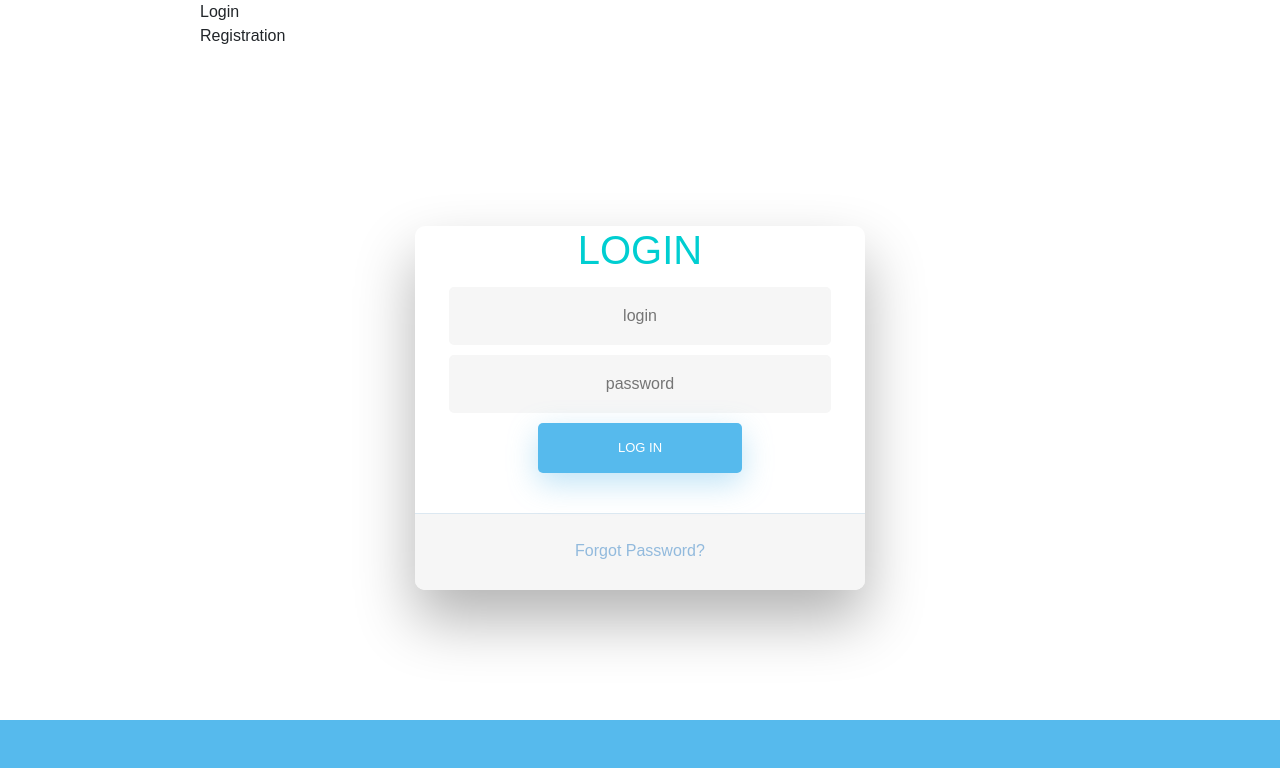
Repository: phamtailinh/webtintuc
Page: http://localhost/doicapdat/doi2doicapdat1.jsp
These files come from the project's save history. The page is drawn as it stood at one moment and after the next save; the edit follows.
The browser window is 1280 px wide. The pictures show the whole page.
Some web libraries are served in a nearby version. The page is served by Tomcat 9. Other server files are loaded and not shown.

Above is the page before, as saved 2022-01-07 07:49:02.
Console error: TypeError: Cannot read properties of undefined (reading 'fn')

### doicapdat/src/main/webapp/doi2doicapdat1.jsp
<%@ page language="java" contentType="text/html; charset=ISO-8859-1"
    pageEncoding="ISO-8859-1"%>
<!DOCTYPE html>
<html>
<head>
<meta charset="ISO-8859-1">
<title>Insert title here</title>
<link href="//maxcdn.bootstrapcdn.com/bootstrap/4.0.0/css/bootstrap.min.css" rel="stylesheet" id="bootstrap-css">
<script src="//maxcdn.bootstrapcdn.com/bootstrap/4.0.0/js/bootstrap.min.js"></script>
<script src="//cdnjs.cloudflare.com/ajax/libs/jquery/3.2.1/jquery.min.js"></script>
<style type="text/css">
html {
  background-color: #56baed;
}

body {
  font-family: "Poppins", sans-serif;
  height: 100vh;
}

a {
  color: #92badd;
  display:inline-block;
  text-decoration: none;
  font-weight: 400;
}

h2 {
  text-align: center;
  font-size: 16px;
  font-weight: 600;
  text-transform: uppercase;
  display:inline-block;
  margin: 40px 8px 10px 8px;
  color: #cccccc;
}



/* STRUCTURE */

.wrapper {
  display: flex;
  align-items: center;
  flex-direction: column;
  justify-content: center;
  width: 100%;
  min-height: 100%;
  padding: 20px;
}

#formContent {
  -webkit-border-radius: 10px 10px 10px 10px;
  border-radius: 10px 10px 10px 10px;
  background: #fff;
  padding: 30px;
  width: 90%;
  max-width: 450px;
  position: relative;
  padding: 0px;
  -webkit-box-shadow: 0 30px 60px 0 rgba(0,0,0,0.3);
  box-shadow: 0 30px 60px 0 rgba(0,0,0,0.3);
  text-align: center;
}

#formFooter {
  background-color: #f6f6f6;
  border-top: 1px solid #dce8f1;
  padding: 25px;
  text-align: center;
  -webkit-border-radius: 0 0 10px 10px;
  border-radius: 0 0 10px 10px;
}



/* TABS */

h2.inactive {
  color: #cccccc;
}

h2.active {
  color: #0d0d0d;
  border-bottom: 2px solid #5fbae9;
}



/* FORM TYPOGRAPHY*/

input[type=button], input[type=submit], input[type=reset]  {
  background-color: #56baed;
  border: none;
  color: white;
  padding: 15px 80px;
  text-align: center;
  text-decoration: none;
  display: inline-block;
  text-transform: uppercase;
  font-size: 13px;
  -webkit-box-shadow: 0 10px 30px 0 rgba(95,186,233,0.4);
  box-shadow: 0 10px 30px 0 rgba(95,186,233,0.4);
  -webkit-border-radius: 5px 5px 5px 5px;
  border-radius: 5px 5px 5px 5px;
  margin: 5px 20px 40px 20px;
  -webkit-transition: all 0.3s ease-in-out;
  -moz-transition: all 0.3s ease-in-out;
  -ms-transition: all 0.3s ease-in-out;
  -o-transition: all 0.3s ease-in-out;
  transition: all 0.3s ease-in-out;
}

input[type=button]:hover, input[type=submit]:hover, input[type=reset]:hover  {
  background-color: #39ace7;
}

input[type=button]:active, input[type=submit]:active, input[type=reset]:active  {
  -moz-transform: scale(0.95);
  -webkit-transform: scale(0.95);
  -o-transform: scale(0.95);
  -ms-transform: scale(0.95);
  transform: scale(0.95);
}

input[type=text] {
  background-color: #f6f6f6;
  border: none;
  color: #0d0d0d;
  padding: 15px 32px;
  text-align: center;
  text-decoration: none;
  display: inline-block;
  font-size: 16px;
  margin: 5px;
  width: 85%;
  border: 2px solid #f6f6f6;
  -webkit-transition: all 0.5s ease-in-out;
  -moz-transition: all 0.5s ease-in-out;
  -ms-transition: all 0.5s ease-in-out;
  -o-transition: all 0.5s ease-in-out;
  transition: all 0.5s ease-in-out;
  -webkit-border-radius: 5px 5px 5px 5px;
  border-radius: 5px 5px 5px 5px;
}

input[type=text]:focus {
  background-color: #fff;
  border-bottom: 2px solid #5fbae9;
}

input[type=text]:placeholder {
  color: #cccccc;
}



/* ANIMATIONS */

/* Simple CSS3 Fade-in-down Animation */
.fadeInDown {
  -webkit-animation-name: fadeInDown;
  animation-name: fadeInDown;
  -webkit-animation-duration: 1s;
  animation-duration: 1s;
  -webkit-animation-fill-mode: both;
  animation-fill-mode: both;
}

@-webkit-keyframes fadeInDown {
  0% {
    opacity: 0;
    -webkit-transform: translate3d(0, -100%, 0);
    transform: translate3d(0, -100%, 0);
  }
  100% {
    opacity: 1;
    -webkit-transform: none;
    transform: none;
  }
}

@keyframes fadeInDown {
  0% {
    opacity: 0;
    -webkit-transform: translate3d(0, -100%, 0);
    transform: translate3d(0, -100%, 0);
  }
  100% {
    opacity: 1;
    -webkit-transform: none;
    transform: none;
  }
}

/* Simple CSS3 Fade-in Animation */
@-webkit-keyframes fadeIn { from { opacity:0; } to { opacity:1; } }
@-moz-keyframes fadeIn { from { opacity:0; } to { opacity:1; } }
@keyframes fadeIn { from { opacity:0; } to { opacity:1; } }

.fadeIn {
  opacity:0;
  -webkit-animation:fadeIn ease-in 1;
  -moz-animation:fadeIn ease-in 1;
  animation:fadeIn ease-in 1;

  -webkit-animation-fill-mode:forwards;
  -moz-animation-fill-mode:forwards;
  animation-fill-mode:forwards;

  -webkit-animation-duration:1s;
  -moz-animation-duration:1s;
  animation-duration:1s;
}

.fadeIn.first {
  -webkit-animation-delay: 0.4s;
  -moz-animation-delay: 0.4s;
  animation-delay: 0.4s;
  color:#00CED1;
}

.fadeIn.second {
  -webkit-animation-delay: 0.6s;
  -moz-animation-delay: 0.6s;
  animation-delay: 0.6s;
}

.fadeIn.third {
  -webkit-animation-delay: 0.8s;
  -moz-animation-delay: 0.8s;
  animation-delay: 0.8s;
}

.fadeIn.fourth {
  -webkit-animation-delay: 1s;
  -moz-animation-delay: 1s;
  animation-delay: 1s;
}

/* Simple CSS3 Fade-in Animation */
.underlineHover:after {
  display: block;
  left: 0;
  bottom: -10px;
  width: 0;
  height: 2px;
  background-color: #56baed;
  content: "";
  transition: width 0.2s;
}

.underlineHover:hover {
  color: #0d0d0d;
}

.underlineHover:hover:after{
  width: 100%;
}



/* OTHERS */

*:focus {
    outline: none;
}

#icon {
  width:60%;
}
</style>
</head>
<body>
<div style="margin-left: 200px;float: left;display: block;">
<div>Login</div>
<div>
Registration</div>
</div>
<div class="wrapper fadeInDown">
  <div id="formContent">
    <!-- Tabs Titles -->

    <!-- Icon -->
    <div class="fadeIn first">
     <h1>LOGIN</h1>
    </div>

    <!-- Login Form -->
    <form>
      <input type="text" id="login" class="fadeIn second" name="login" placeholder="login">
      <input type="text" id="password" class="fadeIn third" name="login" placeholder="password">
      <input type="submit" class="fadeIn fourth" value="Log In">
    </form>

    <!-- Remind Passowrd -->
    <div id="formFooter">
      <a class="underlineHover" href="#">Forgot Password?</a>
    </div>

  </div>
</div>
</body>
</html>

After the next save:
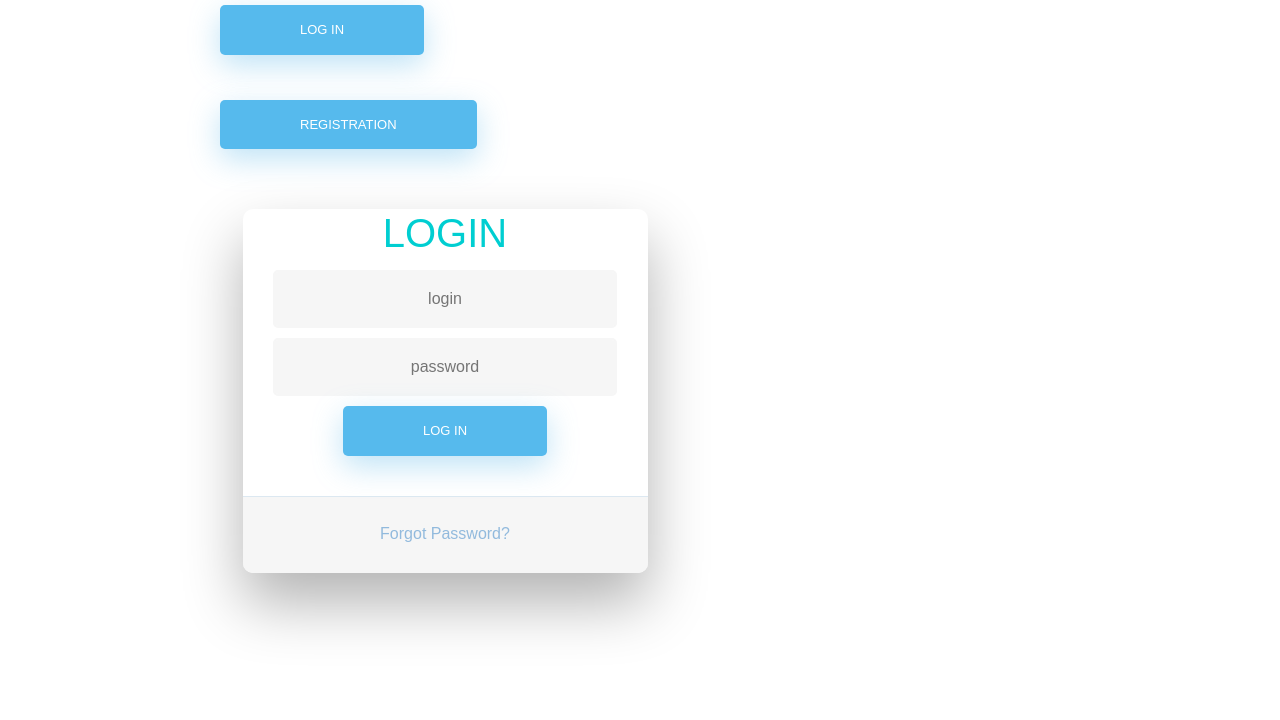
Saved 108 s later.
--- a/doicapdat/src/main/webapp/doi2doicapdat1.jsp
+++ b/doicapdat/src/main/webapp/doi2doicapdat1.jsp
@@ -273,9 +273,9 @@ input[type=text]:placeholder {
 </head>
 <body>
 <div style="margin-left: 200px;float: left;display: block;">
-<div>Login</div>
+<input type="submit" class="fadeIn fourth" value="Log In">
 <div>
-Registration</div>
+<input type="submit" class="fadeIn fourth" value="Registration">
 </div>
 <div class="wrapper fadeInDown">
   <div id="formContent">
